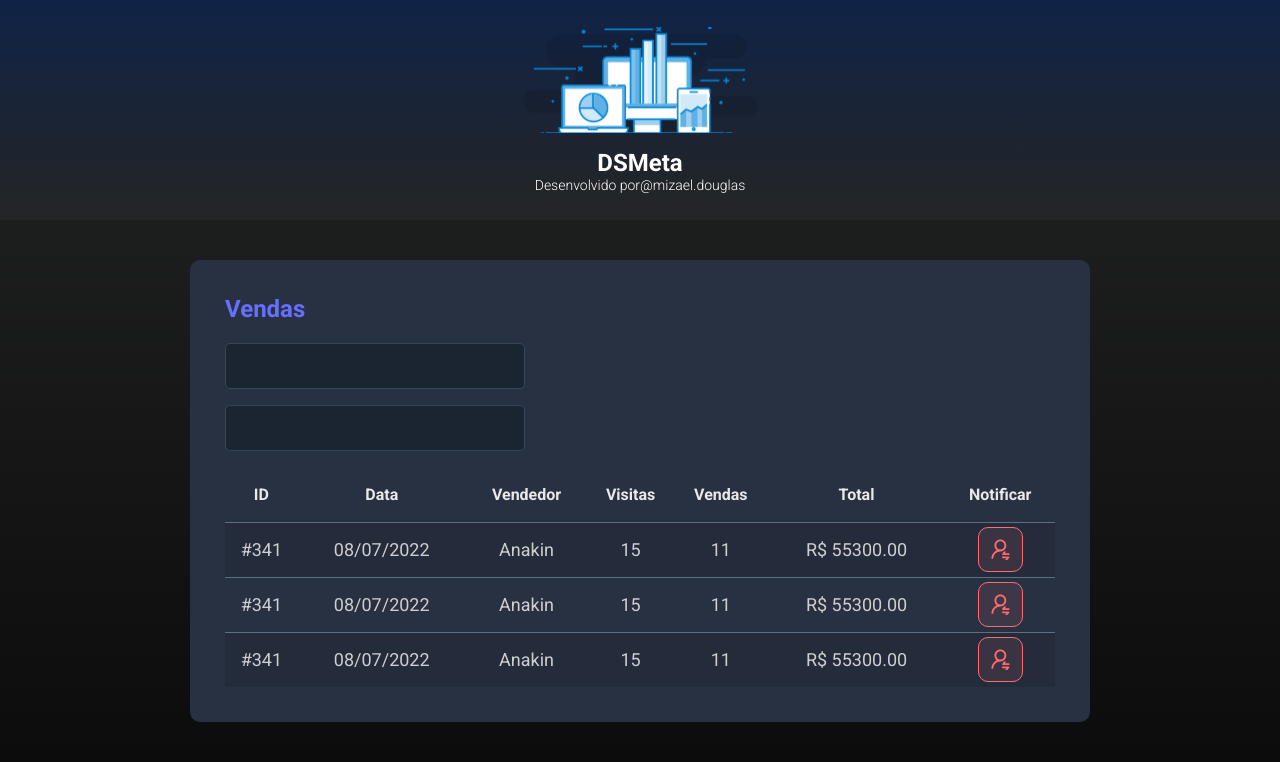
Repository: Mizaeldouglas/ds-Meta
Page: / (app in frontend/)
These files come from the project's save history. The page is drawn as it stood at one moment and after the next save; the edit follows.
The browser window is 1280 px wide. The pictures show the whole page.
The project was rebuilt for these pictures with package versions that can differ from the ones it lists, and the page was loaded fresh each time. Also part of the build but not shown: frontend/vite.config.ts.

Above is the page before, as saved 2022-07-11 11:31:59.

After the next save:
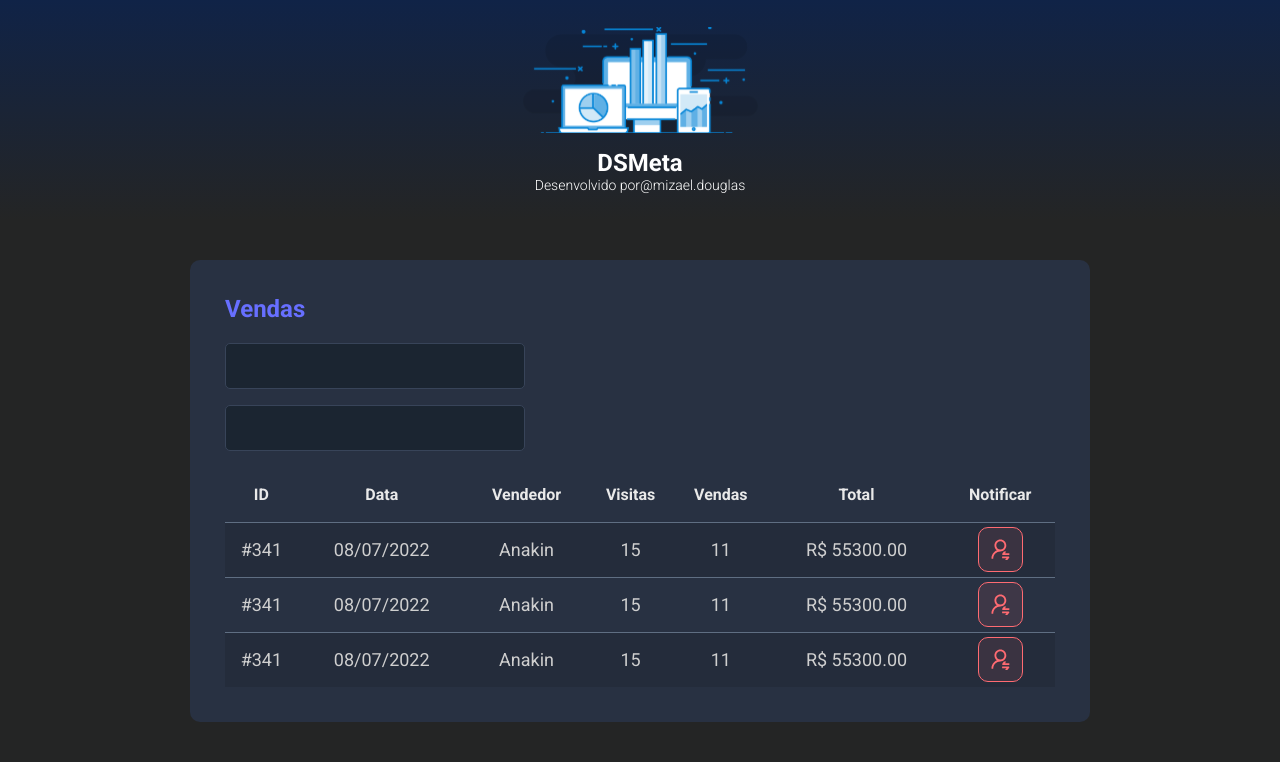
Saved 95 s later.
--- a/frontend/src/index.css
+++ b/frontend/src/index.css
@@ -9,8 +9,7 @@
 
 body,
 html {
-  /* background-color: #171818; */
-  background: linear-gradient(180deg, #242525 0%, #0c0c0c 100%);
+  background-color: #242525;
   color: #fff;
 }
 
